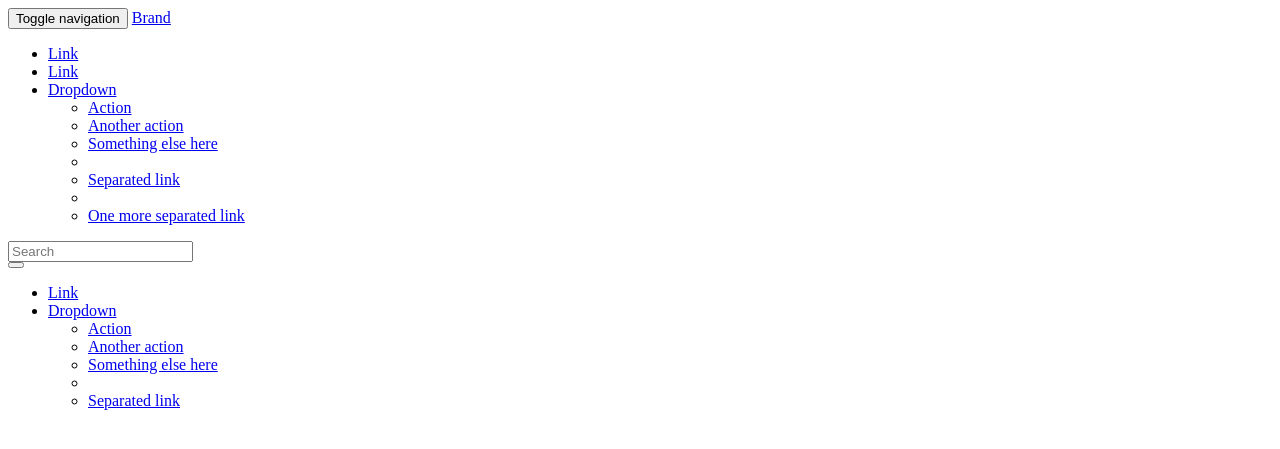
Repository: ganz-95/Denuvo-final
Page: http://localhost/restaurant/
The author's editor kept a copy of each file at every save. The page is drawn from the files as they stood at one save, then again after the next save.
The browser window is 1280 px wide. The pictures show the whole page.
Some web libraries are served in a nearby version. The page is served by Tomcat 9.

Above is the page before, as saved 2017-01-23 16:21:44.

### workspace/restaurant/src/main/webapp/index.jsp
<html><nav class="navbar navbar-default" role="navigation">
  <!-- Brand and toggle get grouped for better mobile display -->
  <div class="navbar-header">
    <button type="button" class="navbar-toggle" data-toggle="collapse" data-target="#bs-example-navbar-collapse-1">
      <span class="sr-only">Toggle navigation</span>
      <span class="icon-bar"></span>
      <span class="icon-bar"></span>
      <span class="icon-bar"></span>
    </button>
    <a class="navbar-brand" href="#">Brand</a>
  </div>

  <!-- Collect the nav links, forms, and other content for toggling -->
  <div class="collapse navbar-collapse" id="bs-example-navbar-collapse-1">
    <ul class="nav navbar-nav">
      <li class="active"><a href="#">Link</a></li>
      <li><a href="#">Link</a></li>
      <li class="dropdown">
        <a href="#" class="dropdown-toggle" data-toggle="dropdown">Dropdown <b class="caret"></b></a>
        <ul class="dropdown-menu">
          <li><a href="#">Action</a></li>
          <li><a href="#">Another action</a></li>
          <li><a href="#">Something else here</a></li>
          <li class="divider"></li>
          <li><a href="#">Separated link</a></li>
          <li class="divider"></li>
          <li><a href="#">One more separated link</a></li>
        </ul>
      </li>
    </ul>
    <div class="col-sm-3 col-md-3">
        <form class="navbar-form" role="search">
        <div class="input-group">
            <input type="text" class="form-control" placeholder="Search" name="q">
            <div class="input-group-btn">
                <button class="btn btn-default" type="submit"><i class="glyphicon glyphicon-search"></i></button>
            </div>
        </div>
        </form>
    </div>
    <ul class="nav navbar-nav navbar-right">
      <li><a href="#">Link</a></li>
      <li class="dropdown">
        <a href="#" class="dropdown-toggle" data-toggle="dropdown">Dropdown <b class="caret"></b></a>
        <ul class="dropdown-menu">
          <li><a href="#">Action</a></li>
          <li><a href="#">Another action</a></li>
          <li><a href="#">Something else here</a></li>
          <li class="divider"></li>
          <li><a href="#">Separated link</a></li>
        </ul>
      </li>
    </ul>
  </div><!-- /.navbar-collapse -->
</nav>
</html>

After the next save:
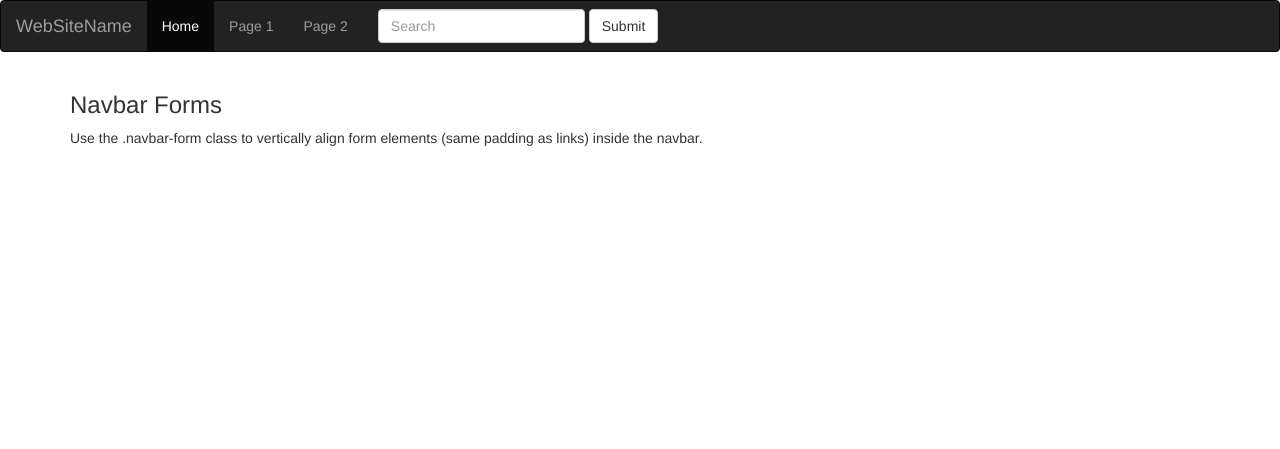
Saved 5 min 49 s later.
--- a/workspace/restaurant/src/main/webapp/index.jsp
+++ b/workspace/restaurant/src/main/webapp/index.jsp
@@ -1,56 +1,38 @@
-<html><nav class="navbar navbar-default" role="navigation">
-  <!-- Brand and toggle get grouped for better mobile display -->
-  <div class="navbar-header">
-    <button type="button" class="navbar-toggle" data-toggle="collapse" data-target="#bs-example-navbar-collapse-1">
-      <span class="sr-only">Toggle navigation</span>
-      <span class="icon-bar"></span>
-      <span class="icon-bar"></span>
-      <span class="icon-bar"></span>
-    </button>
-    <a class="navbar-brand" href="#">Brand</a>
+<!DOCTYPE html>
+<html lang="en">
+<head>
+  <title>Bootstrap Example</title>
+  <meta charset="utf-8">
+  <meta name="viewport" content="width=device-width, initial-scale=1">
+  <link rel="stylesheet" href="https://maxcdn.bootstrapcdn.com/bootstrap/3.3.7/css/bootstrap.min.css">
+  <script src="https://ajax.googleapis.com/ajax/libs/jquery/3.1.1/jquery.min.js"></script>
+  <script src="https://maxcdn.bootstrapcdn.com/bootstrap/3.3.7/js/bootstrap.min.js"></script>
+</head>
+<body>
+
+<nav class="navbar navbar-inverse">
+  <div class="container-fluid">
+    <div class="navbar-header">
+      <a class="navbar-brand" href="#">WebSiteName</a>
+    </div>
+    <ul class="nav navbar-nav">
+      <li class="active"><a href="#">Home</a></li>
+      <li><a href="#">Page 1</a></li>
+      <li><a href="#">Page 2</a></li>
+    </ul>
+    <form class="navbar-form navbar-left">
+      <div class="form-group">
+        <input type="text" class="form-control" placeholder="Search">
+      </div>
+      <button type="submit" class="btn btn-default">Submit</button>
+    </form>
   </div>
+</nav>
 
-  <!-- Collect the nav links, forms, and other content for toggling -->
-  <div class="collapse navbar-collapse" id="bs-example-navbar-collapse-1">
-    <ul class="nav navbar-nav">
-      <li class="active"><a href="#">Link</a></li>
-      <li><a href="#">Link</a></li>
-      <li class="dropdown">
-        <a href="#" class="dropdown-toggle" data-toggle="dropdown">Dropdown <b class="caret"></b></a>
-        <ul class="dropdown-menu">
-          <li><a href="#">Action</a></li>
-          <li><a href="#">Another action</a></li>
-          <li><a href="#">Something else here</a></li>
-          <li class="divider"></li>
-          <li><a href="#">Separated link</a></li>
-          <li class="divider"></li>
-          <li><a href="#">One more separated link</a></li>
-        </ul>
-      </li>
-    </ul>
-    <div class="col-sm-3 col-md-3">
-        <form class="navbar-form" role="search">
-        <div class="input-group">
-            <input type="text" class="form-control" placeholder="Search" name="q">
-            <div class="input-group-btn">
-                <button class="btn btn-default" type="submit"><i class="glyphicon glyphicon-search"></i></button>
-            </div>
-        </div>
-        </form>
-    </div>
-    <ul class="nav navbar-nav navbar-right">
-      <li><a href="#">Link</a></li>
-      <li class="dropdown">
-        <a href="#" class="dropdown-toggle" data-toggle="dropdown">Dropdown <b class="caret"></b></a>
-        <ul class="dropdown-menu">
-          <li><a href="#">Action</a></li>
-          <li><a href="#">Another action</a></li>
-          <li><a href="#">Something else here</a></li>
-          <li class="divider"></li>
-          <li><a href="#">Separated link</a></li>
-        </ul>
-      </li>
-    </ul>
-  </div><!-- /.navbar-collapse -->
-</nav>
+<div class="container">
+  <h3>Navbar Forms</h3>
+  <p>Use the .navbar-form class to vertically align form elements (same padding as links) inside the navbar.</p>
+</div>
+
+</body>
 </html>
